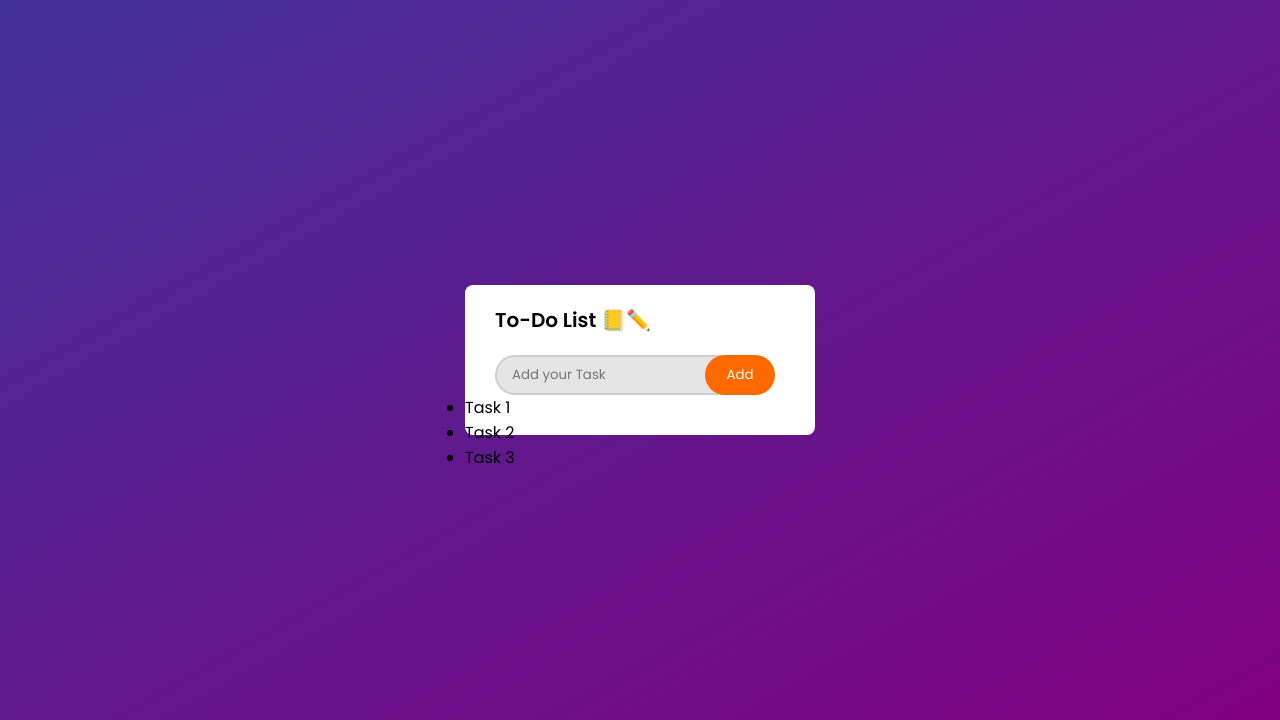
Repository: Ankitkr2021/To-Do-List
Page: index.html
The author's editor kept a copy of each file at every save. The page is drawn from the files as they stood at one save, then again after the next save.
The browser window is 1280 px wide. The pictures show the whole page.

Above is the page before, as saved 2025-10-03 10:15:44.

After the next save:
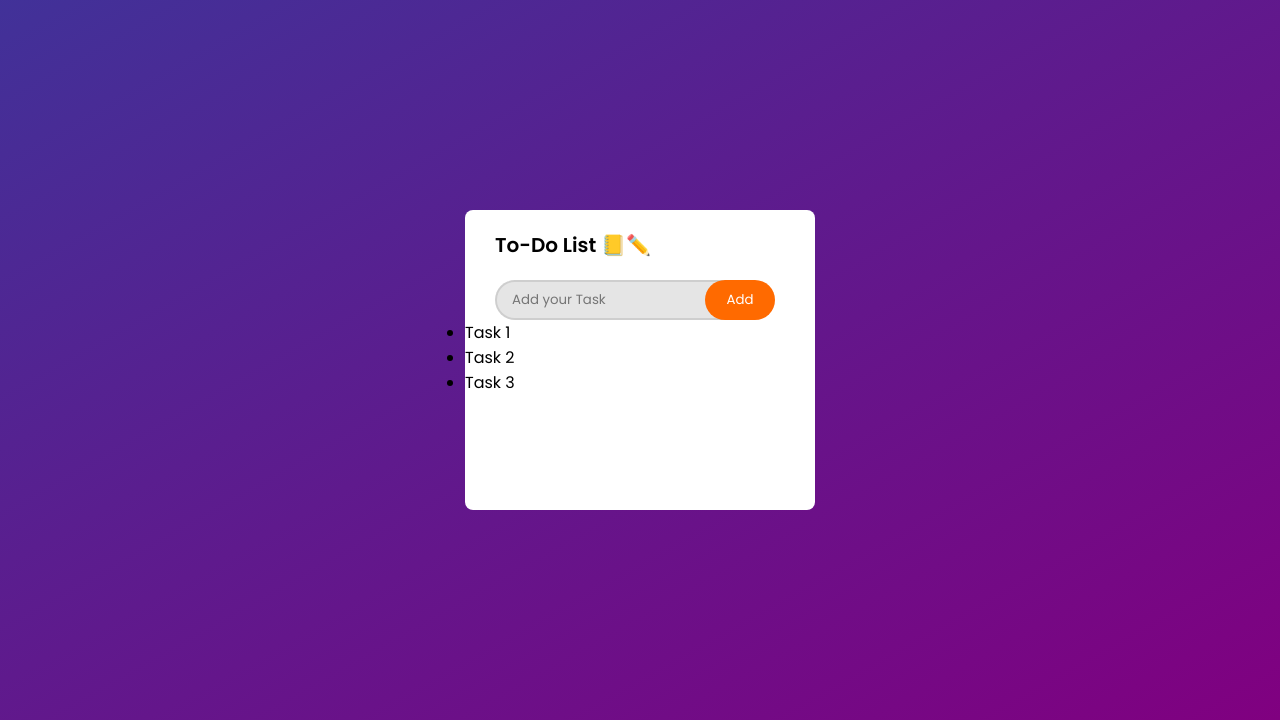
Saved 11 s later.
--- a/style.css
+++ b/style.css
@@ -17,8 +17,8 @@ body{
 
 .box {
     background: #fff;
-    height: 150px;
-    max-height: 300px;
+    /* height: 150px; */
+    height: 300px;
     width: 350px;
     border-radius: 8px;
 }
